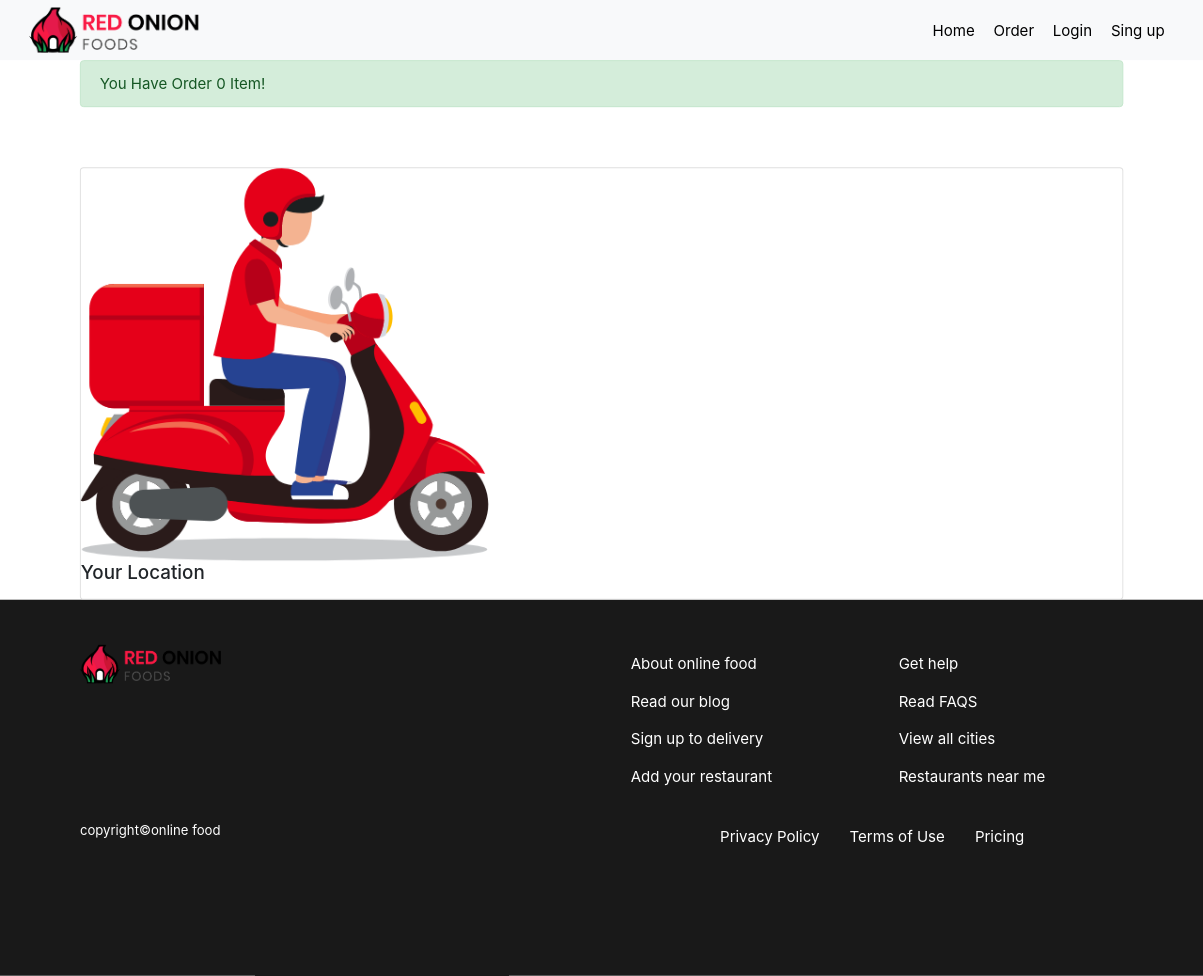
Repository: arif286/red-onion-client
Page: /order
An editor plug-in stored every save of this project. The page is shown before and after the next save, followed by the edit.
The browser window is 1280 px wide. The pictures show the whole page, at 94% of full size.
The page's requests for data from a server got no answer. The project was rebuilt for these pictures with package versions that can differ from the ones it lists, and the page was loaded fresh each time. No one was signed in, and anything a server would have sent is missing. Also part of the build but not shown: src/App.css, src/components/CheckOut/CheckOut.css, src/components/CheckOut/CheckOutForm/CheckOutFrom.js, src/components/CheckOut/CheckOut.js, src/components/SearchBar/SearchBar.css, src/components/SearchBar/SearchBar.js, src/components/FoodDetails/FoodDetail.css, src/components/FoodDetails/FoodDetail.js and 12 more. Imported but missing from the stored project, and not drawn on this page: src/components/CheckOut/Map/Map.

Above is the page before, as saved 2021-04-06 04:29:28.

### public/index.html
<!DOCTYPE html>
<html lang="en">
  <head>
    <meta charset="utf-8" />
    <link rel="icon" href="%PUBLIC_URL%/favicon.ico" />
    <meta name="viewport" content="width=device-width, initial-scale=1" />
    <meta name="theme-color" content="#000000" />
    <meta
      name="description"
      content="Web site created using create-react-app"
    />
    <link rel="apple-touch-icon" href="%PUBLIC_URL%/logo192.png" />
    <!--
      manifest.json provides metadata used when your web app is installed on a
      user's mobile device or desktop. See https://developers.google.com/web/fundamentals/web-app-manifest/
    -->
    <link rel="manifest" href="%PUBLIC_URL%/manifest.json" />

    <!-- <link
      href="https://api.tiles.mapbox.com/mapbox-gl-js/v2.1.1/mapbox-gl.css"
      rel="stylesheet"
    /> -->
    <!--
      Notice the use of %PUBLIC_URL% in the tags above.
      It will be replaced with the URL of the `public` folder during the build.
      Only files inside the `public` folder can be referenced from the HTML.

      Unlike "/favicon.ico" or "favicon.ico", "%PUBLIC_URL%/favicon.ico" will
      work correctly both with client-side routing and a non-root public URL.
      Learn how to configure a non-root public URL by running `npm run build`.
    -->
    <title>Red Onion</title>
  </head>
  <body>
    <noscript>You need to enable JavaScript to run this app.</noscript>
    <div id="root"></div>
    <!--
      This HTML file is a template.
      If you open it directly in the browser, you will see an empty page.

      You can add webfonts, meta tags, or analytics to this file.
      The build step will place the bundled scripts into the <body> tag.

      To begin the development, run `npm start` or `yarn start`.
      To create a production bundle, use `npm run build` or `yarn build`.
    -->
  </body>
</html>

### src/App.js
import "bootstrap/dist/css/bootstrap.min.css";
import React, { createContext, useState } from "react";
import { BrowserRouter as Router, Route, Switch } from "react-router-dom";
import './App.css';
import CheckOut from "./components/CheckOut/CheckOut";
import Map from "./components/CheckOut/Map/Map";
import FoodDetail from "./components/FoodDetails/FoodDetail";
import Footer from "./components/Footer/Footer";
import Header from "./components/Header/Header";
import Home from './components/Home/Home';
import Login from "./components/LogIn/Login";
import Order from "./components/Order/Order";
import SingUp from "./components/SingUp/SingUp";


export const UserContext = createContext();
function App() {
  const [loggedInUser, setLoggedInUser] = useState({});
  return (
    <UserContext.Provider value={[loggedInUser, setLoggedInUser]}>
      <Router>
        <Header />
        <Switch>
          <Route path="/home">
            <Home />
          </Route>
          <Route path="/signUp">
            <SingUp />
          </Route>
          <Route path="/login">
            <Login />
          </Route>
          <Route path="/food/details/:foodId">
            <FoodDetail />
          </Route>
          <Route path='/checkOut'>
            <CheckOut/>
          </Route>
          <Route path='/order'>
            <Order/>
          </Route>
          <Route path='/map'>
            <Map/>
          </Route>
          <Route exact path="/">
            <Home/>
          </Route>
        </Switch>
        <Footer />
      </Router>
    </UserContext.Provider>
  );

}

export default App;

### src/components/Footer/Footer.js
import React from 'react';
import { NavLink } from 'react-bootstrap';
import Logo from '../../onion-restaurent/logo2.png';
import './Footer.css';

const Footer = () => {
    return (
      <footer>
        <div className="container">
          <div className="row pt-5">
            <div className="col-md-6 col-sm-12 pb-4">
              <img className="footer-img" src={Logo} alt="" />
            </div>
            <div className="col-md-3 col-sm-12 pb-4">
              <ul className="nav flex-column">
                <li className="nav-item">
                  <NavLink
                    className="nav-link active footer-link"
                    aria-current="page"
                    to="/"
                  >
                    About online food
                  </NavLink>
                </li>
                <li className="nav-item">
                  <NavLink className="nav-link footer-link" to="/">
                    Read our blog
                  </NavLink>
                </li>
                <li className="nav-item">
                  <NavLink className="nav-link footer-link" to="/">
                    Sign up to delivery
                  </NavLink>
                </li>
                <li className="nav-item">
                  <NavLink className="nav-link footer-link" to="/">
                    Add your restaurant
                  </NavLink>
                </li>
              </ul>
            </div>
            <div className="col-md-3 col-sm-12 pb-4">
              <ul className="nav flex-column">
                <li className="nav-item">
                  <NavLink
                    className="nav-link footer-link"
                    aria-current="page"
                    to="/"
                  >
                    Get help
                  </NavLink>
                </li>
                <li className="nav-item">
                  <NavLink className="nav-link footer-link" to="/">
                    Read FAQS
                  </NavLink>
                </li>
                <li className="nav-item">
                  <NavLink className="nav-link footer-link" to="/">
                    View all cities
                  </NavLink>
                </li>
                <li className="nav-item">
                  <NavLink className="nav-link footer-link" to="/">
                    Restaurants near me
                  </NavLink>
                </li>
              </ul>
            </div>
          </div>

          <div className="row">
            <div className="col-md-7">
              <p className='copy-right'>
                <small>
                  copyright<span>&#169;</span>online food
                </small>
              </p>
            </div>
            <div className="col-md-5">
              <div className='d-flex'>
                <NavLink className="footer-link">Privacy Policy</NavLink>
                <NavLink className="footer-link">Terms of Use</NavLink>
                <NavLink className="footer-link">Pricing</NavLink>
              </div>
            </div>
          </div>
        </div>
      </footer>
    );
};

export default Footer;

### src/components/Header/Header.js
import { faShoppingCart } from "@fortawesome/free-solid-svg-icons";
import { FontAwesomeIcon } from "@fortawesome/react-fontawesome";
import React from 'react';
import { NavLink } from "react-router-dom";
import logo from '../../onion-restaurent/logo2.png';
import './Header.css';
const cart = <FontAwesomeIcon icon={faShoppingCart} />;
const Header = () => {
    const header = {
        logo : {width: '180px'}
    }
    return (
      <div>
        <nav className="navbar navbar-expand-lg navbar-light bg-light">
          <div className="container-fluid">
            <div>
              <img style={header.logo} src={logo} alt="" />
            </div>
            <button
              className="navbar-toggler"
              type="button"
              data-bs-toggle="collapse"
              data-bs-target="#navbarNav"
              aria-controls="navbarNav"
              aria-expanded="false"
              aria-label="Toggle navigation"
            >
              <span className="navbar-toggler-icon"></span>
            </button>
            <div
              className="collapse  navbar-collapse justify-content-end"
              id="navbarNav"
            >
              <ul className="navbar-nav align-items-center">
                <li className="nav-item">
                  <NavLink className="header-link" to="/">
                    Home
                  </NavLink>
                </li>
                <li className="nav-item">
                  <NavLink className="header-link" to="/order">
                    Order
                  </NavLink>
                </li>
                <li className="nav-item">
                  <NavLink className="header-link" to="/login">
                    Login
                  </NavLink>
                </li>
                <li className="nav-item">
                  <NavLink className="header-link" to="/signUp">
                    Sing up
                  </NavLink>
                </li>
              </ul>
            </div>
          </div>
        </nav>
      </div>
    );
};

export default Header;

### src/components/Order/Order.js
import axios from "axios";
import React, { useContext, useEffect, useState } from "react";
import { Alert, Card, Col, Container, Row } from "react-bootstrap";
import { UserContext } from "../../App";
import delivery from "../../onion-restaurent/Image/Group 1151.png";


const Order = () => {
  const [order, setOrder] = useState([]);
  const [loggedInUser, setLoggedInUser] = useContext(UserContext);

  useEffect(() => {
    axios.get(`http://localhost:5000/orderDetails?email=${loggedInUser.email}`)
      .then(res => {
        console.log(res.data)
        setOrder(res.data)
      })
      .catch(err => console.log(err));
  }, [loggedInUser.email]);
  const {address, date, foodName, picture, name, totalPrice} = order;
  return (
    <Container>
      <Alert variant="success">You Have Order {order.length} Item!</Alert>
      <Row className="justify-content-between">
        {order.map((item) => (
          <Col xs={12} sm={3}>
            <Card className="d-flex">
              <img src={item.picture} alt="" />
              <Card.Body>
                <Card.Title>{item.foodName}</Card.Title>
                <Card.Text>quantity: ${item.quantity}</Card.Text>
                <Card.Text>Total: ${item.totalPrice}</Card.Text>
              </Card.Body>
            </Card>
          </Col>
        ))}
      </Row>
      <Row className="mt-5">
        <Col>
          <Card className="d-flex">
            <div>
              <img src={delivery} alt="" />
            </div>
            <div>
              <h5>Your Location</h5>
              <p>{order[0]?.address}</p>
              <p>{order[0]?.date}</p>
            </div>
          </Card>
        </Col>
      </Row>
    </Container>
  );
};

export default Order;

### src/components/Footer/Footer.css
.footer-img {
  width: 150px;
}
footer {
  background-color: #191919;
  height: 400px;
}
.footer-link {
  color: white;
}
.footer-link:hover {
  color: #878787;
}
.copy-right {
  color: white;
}

### src/components/Header/Header.css
.header-link {
  color: black;
  display: inline-block;
  padding: 10px;
}
.header-link:hover {
  text-decoration: none;
  color: #777777;
}
.cart-btn {
  border: none;
  background: none;
}

Loaded but not shown: src/index.js (common file); src/index.css (common file); src/reportWebVitals.js (common file)

After the next save:
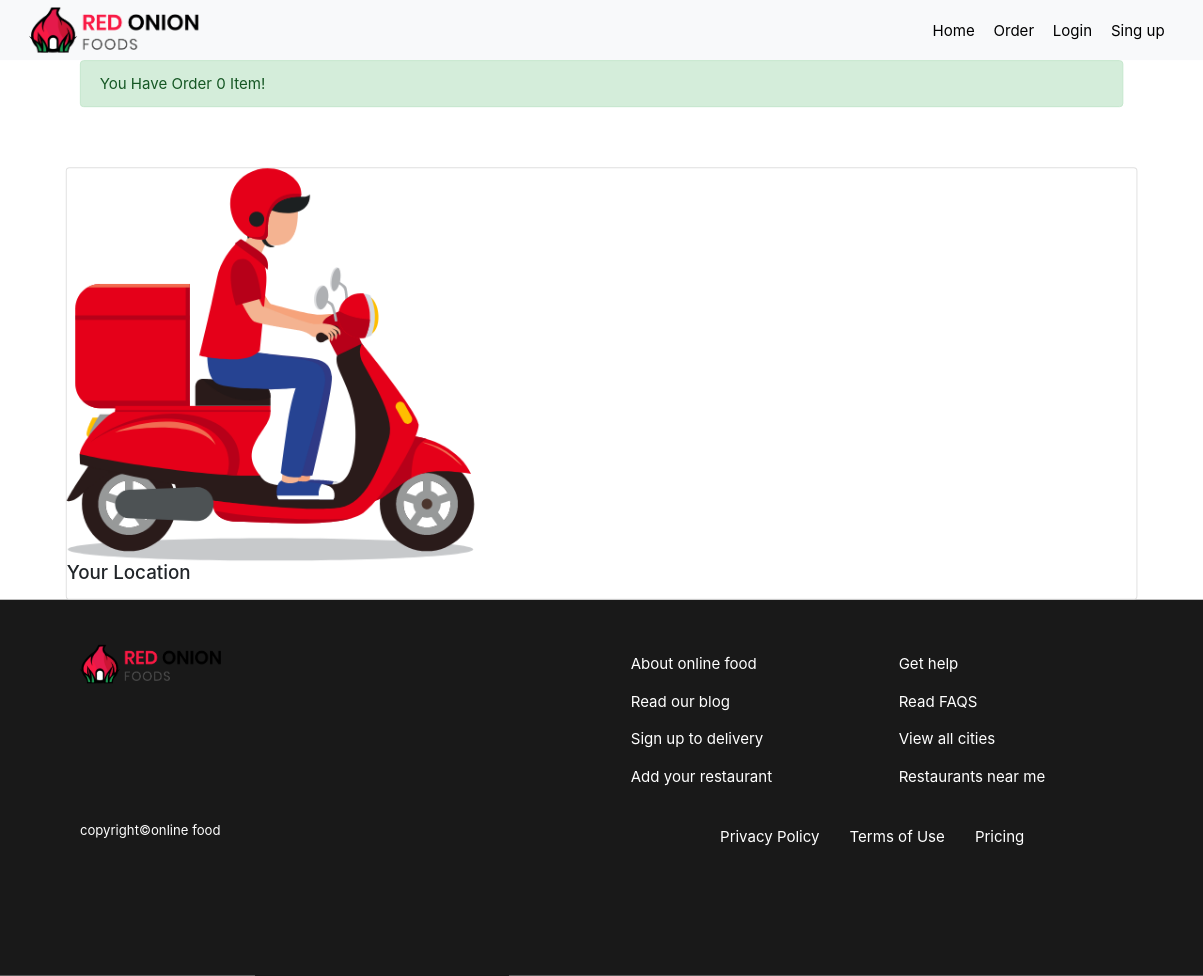
Saved 24 s later.
--- a/src/components/Order/Order.js
+++ b/src/components/Order/Order.js
@@ -37,7 +37,7 @@
       </Row>
       <Row className="mt-5">
         <Col>
-          <Card className="d-flex">
+          <Card className="d-flex row">
             <div>
               <img src={delivery} alt="" />
             </div>

After the save that followed:
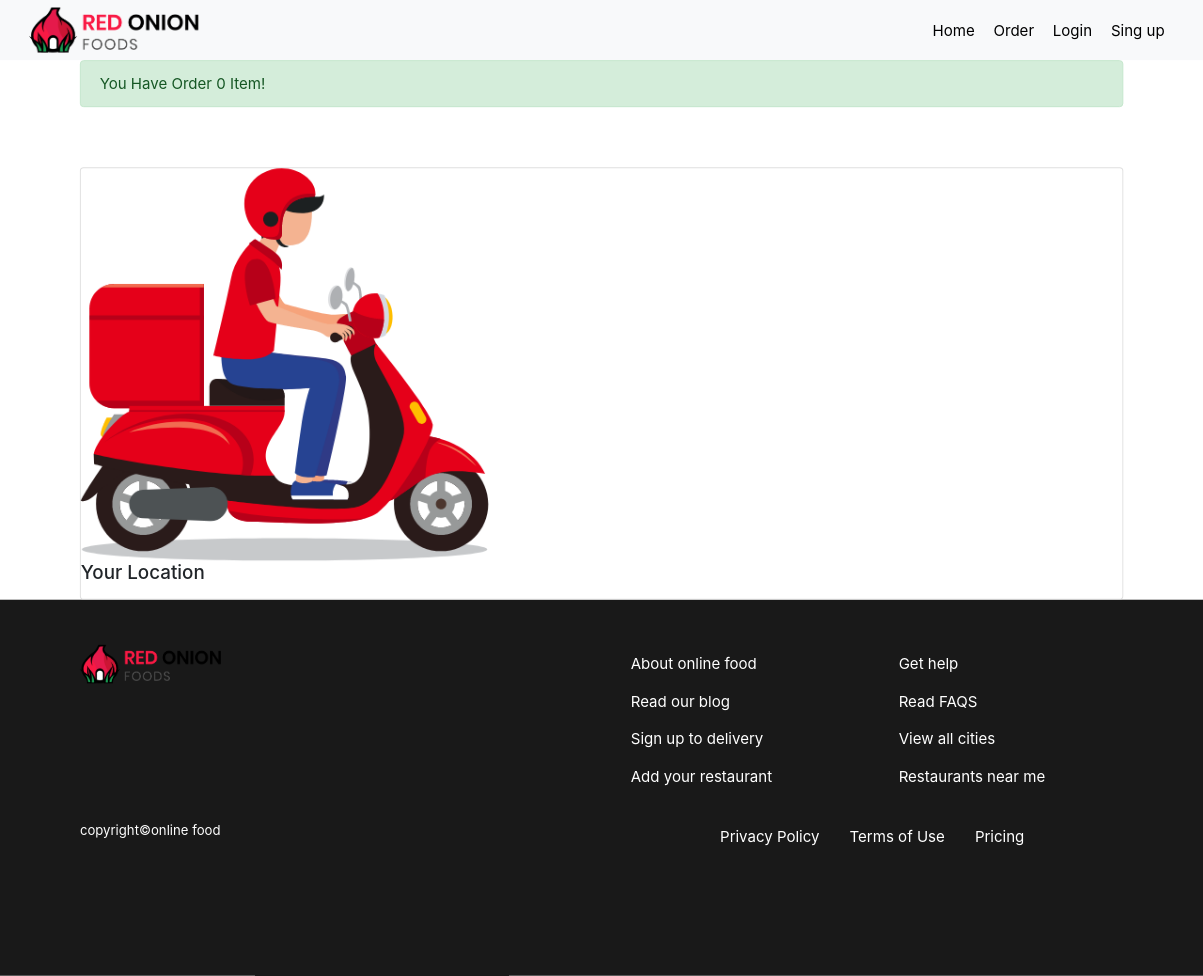
Saved 21 s later.
--- a/src/components/Order/Order.js
+++ b/src/components/Order/Order.js
@@ -37,7 +37,7 @@
       </Row>
       <Row className="mt-5">
         <Col>
-          <Card className="d-flex row">
+          <Card className="d-flex">
             <div>
               <img src={delivery} alt="" />
             </div>
